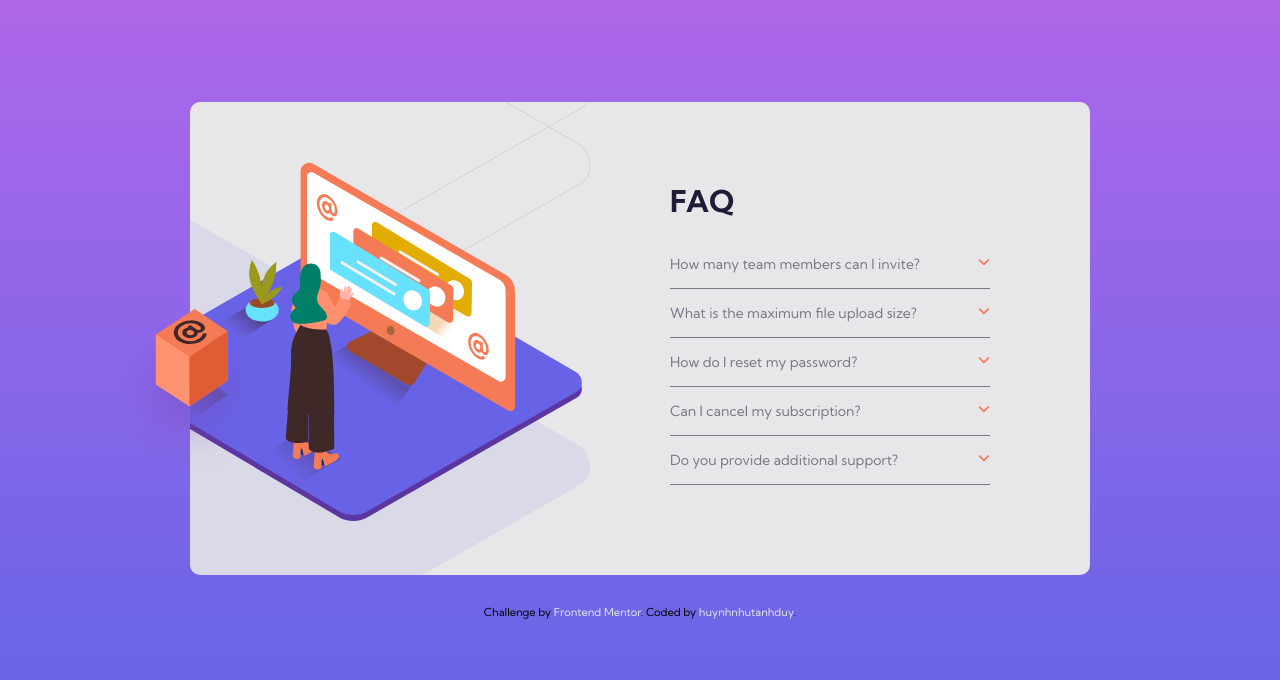
Repository: huynhnhutanhduy/faq-accordion-card
Page: index.html
The author's editor kept a copy of each file at every save. The page is drawn from the files as they stood at one save, then again after the next save.
The browser window is 1280 px wide. The pictures show the whole page.
After loading, the first visible `div.card-item__header` was clicked once.

Above is the page before, as saved 2022-10-21 20:32:57.

After the next save:
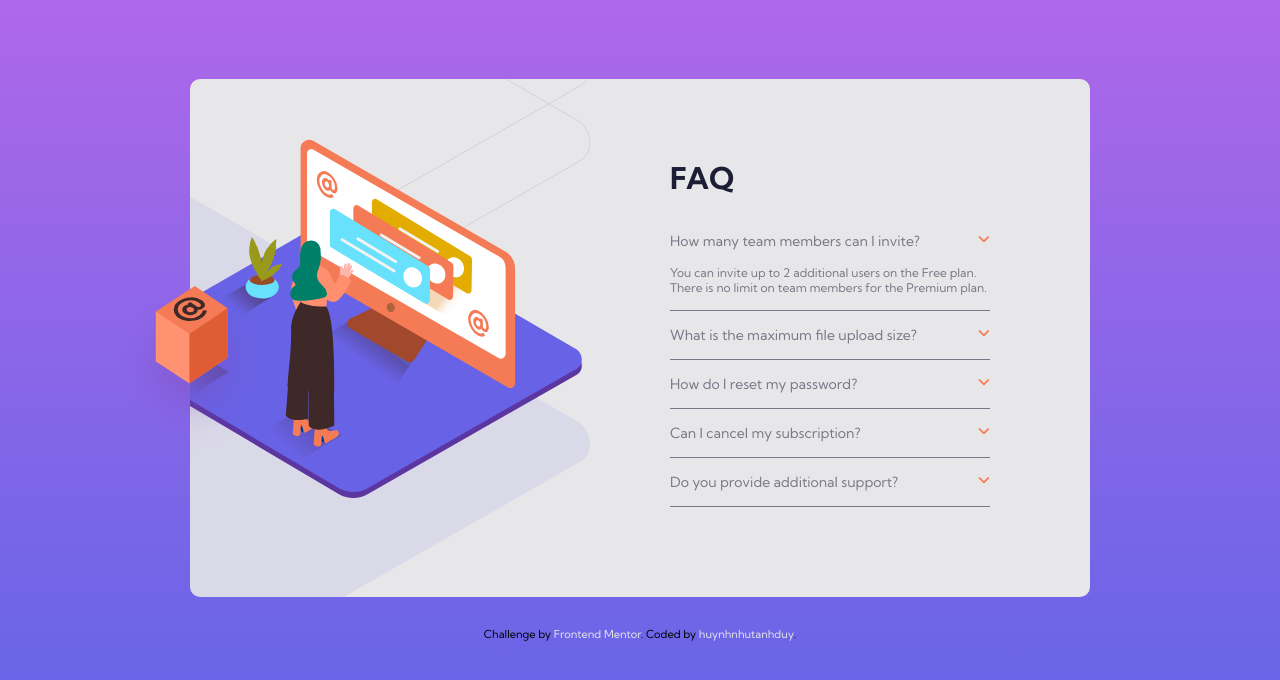
Saved 48 s later.
--- a/app.js
+++ b/app.js
@@ -3,4 +3,5 @@ const header = document.querySelectorAll(".card-item__header");
 function handleClick(e) {
   const content = e.target.nextElementSibling;
   content.style.height = content.scrollHeight;
+  content.classList.add("is-active");
 }
